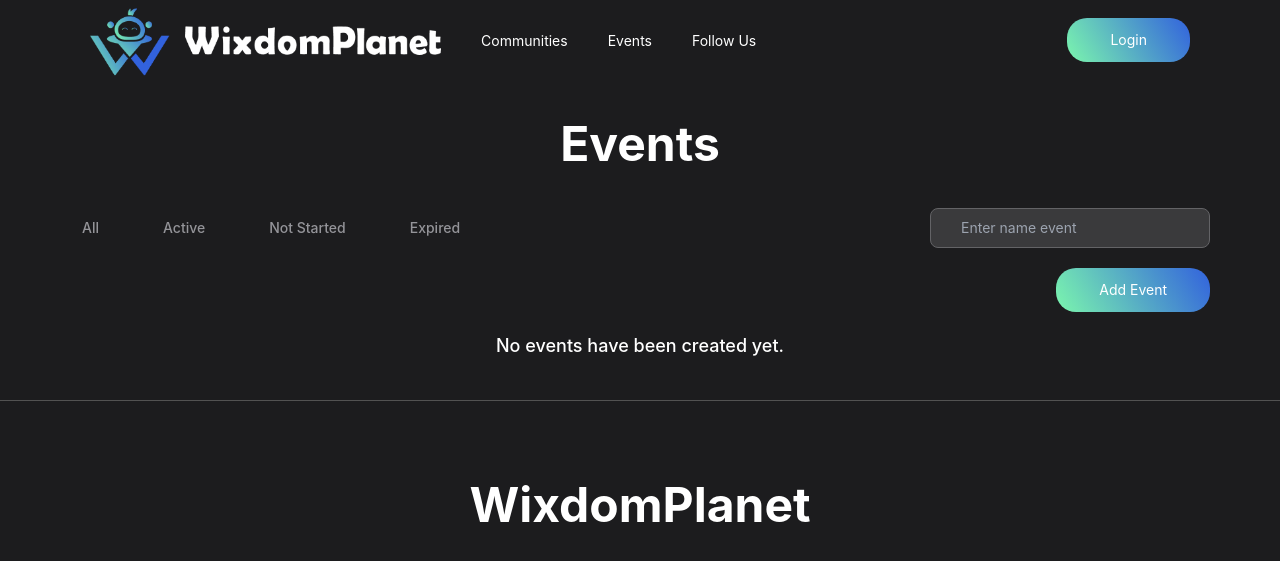
Repository: haudnn/WixdomPlanet-demo
Page: /
An editor plug-in stored every save of this project. The page is shown before and after the next save, followed by the edit.
The browser window is 1280 px wide. The pictures show the whole page.
The project was rebuilt for these pictures with package versions that can differ from the ones it lists, and the page was loaded fresh each time. Also part of the build but not shown: vite.config.js, src/features/Event/page/AddEvent.jsx, src/features/Event/components/EventItem.jsx, src/features/Event/page/Event.jsx.

Above is the page before, as saved 2023-02-04 14:01:02.

After the next save:
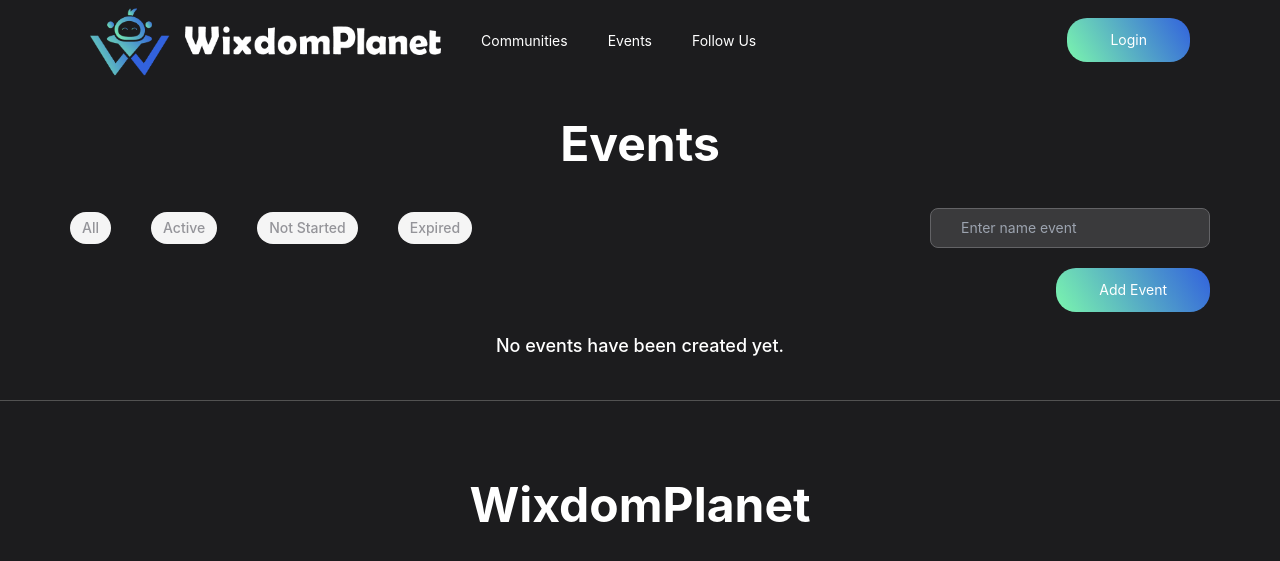
Saved 47 s later.
--- a/src/features/Home.jsx
+++ b/src/features/Home.jsx
@@ -38,7 +38,7 @@
         <ul className="flex items-center gap-x-10">
           {
             categorise.map(category => (
-              <li onClick={() => setSelectedCategoryId(category.id)} key={category.id} name={category.name} className={`${selectedCategoryId === category.id ? "active" : ""} font-medium text-[#949499] px-3 py-[6px] cursor-pointer text-sm`}>
+              <li onClick={() => setSelectedCategoryId(category.id)} key={category.id} name={category.name} className={`${selectedCategoryId === category.id ? "active" : ""} active font-medium text-[#949499] px-3 py-[6px] cursor-pointer text-sm`}>
                 {category.name}
               </li>
             ))
